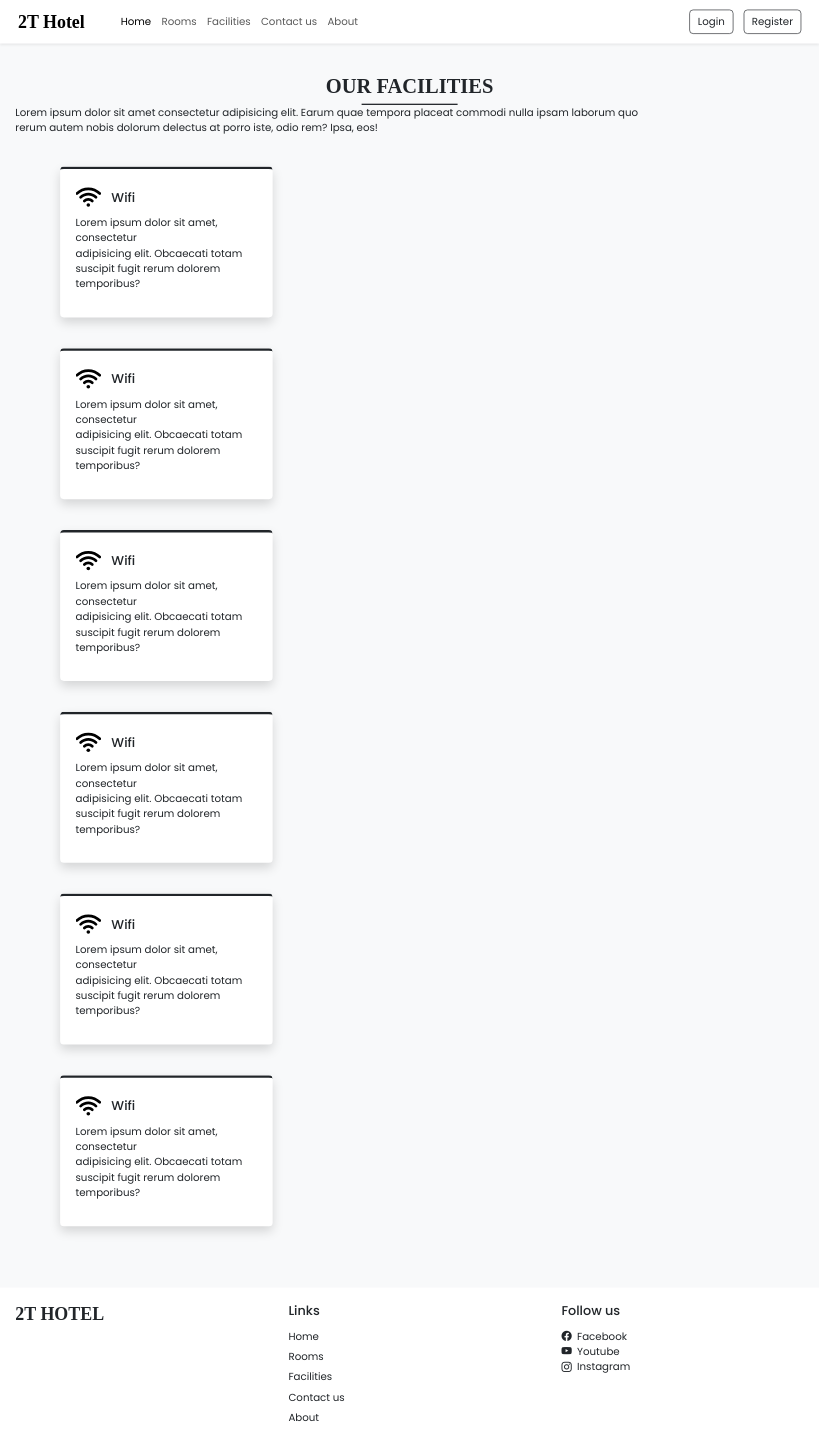
Repository: ntruong0906/desktop-tutorial
Page: http://localhost/facilities.php
These files come from the project's save history. The page is drawn as it stood at one moment and after the next save; the edit follows.
The browser window is 1280 px wide. The pictures show the whole page, at 64% of full size.
Some web fonts or font styles are not loaded; a fallback is used. The page is run by PHP 8.4 with error messages shown; the project is at /var/www/html/.

Above is the page before, as saved 2024-03-17 16:41:44.

After the next save:
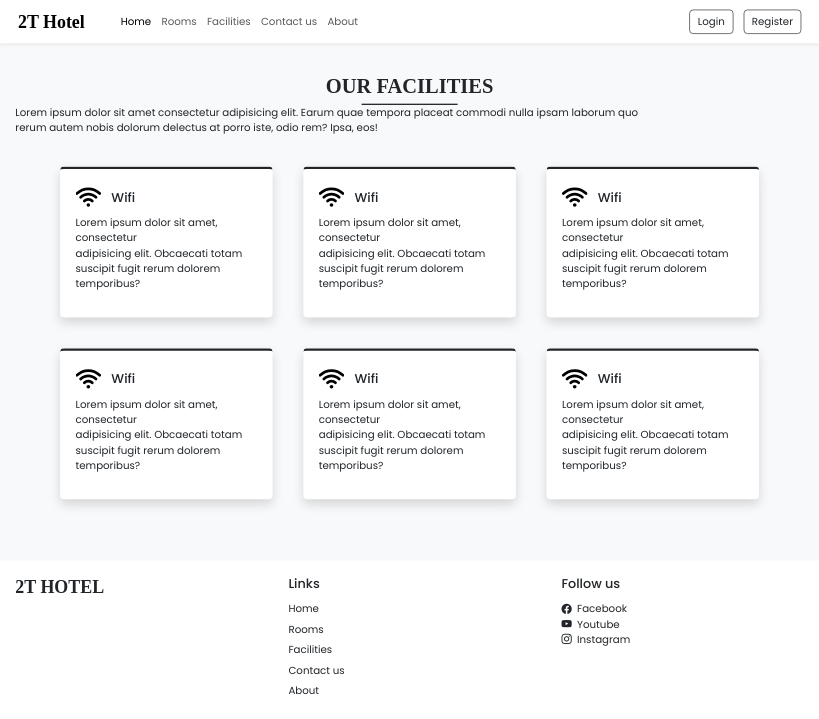
Saved 2 min 32 s later.
--- a/WebsiteBookingHotel/facilities.php
+++ b/WebsiteBookingHotel/facilities.php
@@ -47,10 +47,6 @@
                         dolorem temporibus?</p>
                 </div>
             </div>
-        </div>
-    </div>
-    <div class="container">
-        <div class="row">
             <div class="col-lg-4 col-md-6 mb-5 px-4">
                 <div class="bg-white rounded shadow p-4 border-top border-4 border-dark pop">
                     <div class="d-flex align-items-center mb-2">
@@ -62,10 +58,6 @@
                         dolorem temporibus?</p>
                 </div>
             </div>
-        </div>
-    </div>
-    <div class="container">
-        <div class="row">
             <div class="col-lg-4 col-md-6 mb-5 px-4">
                 <div class="bg-white rounded shadow p-4 border-top border-4 border-dark pop">
                     <div class="d-flex align-items-center mb-2">
@@ -77,10 +69,6 @@
                         dolorem temporibus?</p>
                 </div>
             </div>
-        </div>
-    </div>
-    <div class="container">
-        <div class="row">
             <div class="col-lg-4 col-md-6 mb-5 px-4">
                 <div class="bg-white rounded shadow p-4 border-top border-4 border-dark pop">
                     <div class="d-flex align-items-center mb-2">
@@ -92,10 +80,6 @@
                         dolorem temporibus?</p>
                 </div>
             </div>
-        </div>
-    </div>
-    <div class="container">
-        <div class="row">
             <div class="col-lg-4 col-md-6 mb-5 px-4">
                 <div class="bg-white rounded shadow p-4 border-top border-4 border-dark pop">
                     <div class="d-flex align-items-center mb-2">
@@ -107,10 +91,6 @@
                         dolorem temporibus?</p>
                 </div>
             </div>
-        </div>
-    </div>
-    <div class="container">
-        <div class="row">
             <div class="col-lg-4 col-md-6 mb-5 px-4">
                 <div class="bg-white rounded shadow p-4 border-top border-4 border-dark pop">
                     <div class="d-flex align-items-center mb-2">
